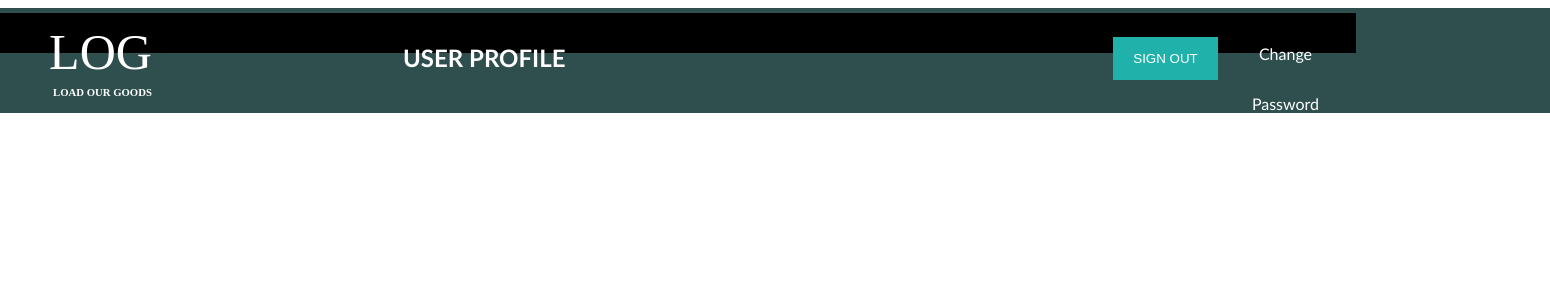
Repository: NAYAN9534/vehicle-booking-system
Page: minor/WebContent/userprofile.html
The author's editor kept a copy of each file at every save. The page is drawn from the files as they stood at one save, then again after the next save.
The browser window is 1280 px wide. The page is 1550 px wide, then 1478 px, so the pictures cover 1550 px, including what lies to the right of the window. The pictures show the whole page.

Above is the page before, as saved 2017-05-29 05:36:06.

### minor/WebContent/userprofile.html
<!doctype html>
<html>
<head>
	<title>LOG</title>
	<link rel="icon"type="image" href="Logo.jpg"/>   <!--fav icon tag-->

	<style>


   #header
  {
       position:relative;

       height:70px;
       width:1550px;
       margin-left: -8px;

  }
  #header_img
  {
       float:left;
       width: 100px;
       height: 80px;
       margin-left: 53px;


  }
  #header_img p
  {
    font-size: 50px;
    color:white;
    font-family: BankGothic Lt BT;
    margin-bottom: -20px;
    text-align: center;
    margin-top: 10px;
    margin-left: -5px;
  }
  #header_img h6
  {
   color: white;
    font-family: BankGothic Lt BT;

  }




  #mid_header h2
  {
     float:left;
     text-align:center;
     height:40px;
     line-height:50px;
     cursor:pointer;
     font-family: Calibri;
     margin-left: 250px;
    float:left;
     list-style:none;
     height:60px;
   margin-bottom: 50px;
}
  #mid_header h2
  {
     color:white;

   }



 #right_header ul
   {
   	margin-left: 500px;
   	float:left;
     list-style:none;
    height:60px;
   }
     #right_header ul li
  {
     float:left;
     font-size:16px;
     width:120px;
     text-align:center;
     height:40px;
     line-height:50px;

     cursor:pointer;
     font-family: Calibri;
}
    #right_header ul li a
  {
     color:white;
     text-decoration:none;
   }
   #right_header ul li:hover

   {
    color: lightblue;
   font-size:20px;
   font-style:bold;
    opacity: 0.5;
 filter: Alpha(opacity=50);

   }


#header
{
	padding-top: 5px;
	background-color:  #2F4F4F;
	height: 100px;
	  position:relative;
}
#right_header ul li a button
{
    background-color:   #20B2AA;
    color: white;
    padding: 14px 20px;
    margin: 8px 0;
    border: none;
    cursor: pointer;
    width: 100%;
    transition-duration: 0.4s;
}
#right_header ul li a button:hover
{
   opacity: 0.5;
 filter: Alpha(opacity=50);
}


#navigation
{
height:40px;
background:black;
margin-left: -10px;
width: 1366px;
}
 #navigation ul
  {
     margin:0px;
     padding:0px;
     list-style:none;
  }

  #navigation ul li
  {
     float:left;
     font-size:16px;
     width:223px;
     text-align:center;
     height:40px;
     line-height:40px;
     display:block;
     cursor:pointer;
}



  #navigation ul li a
  {
     color:white;
     text-decoration:none;
   }
  #navigation ul li:hover

   {
    color: black;
   background:#20B2AA;
   font-size:16px;
   font-style:italic;

    transform: rotateY(360deg);
    transition-duration: 1s;

  box-shadow: 5px 5px 6px grey;

   }

</style>


	<body>

		<div id="container">   <!--main division start-->
		<div id="header">  <!--Header division start-->
		<div id="header_img"><p>LOG</p><h6>LOAD OUR GOODS</h6>



		</div>

		<div id="mid_header">
<h2>USER PROFILE</h2>
</div>
<div id="right_header">
      <ul>
      <li><a href="signout.jsp"><button style="width:auto;">SIGN OUT</button></a></li>
      <li><a href="change_pass.jsp">Change Password</a></li>
      </ul>
</div>

  <div id="navigation">
<ul>
 <li><a href="booking_page.jsp">BOOKING</a></li>
      <li><a href="welcome.jsp">PROFILE</a></li>
      <li><a href="history.jsp">HISTORY</a></li>
</ul>
</div>
</div><!--Header division ends-->



</div><!--main division ends-->


	</body>
</head>
</html>

After the next save:
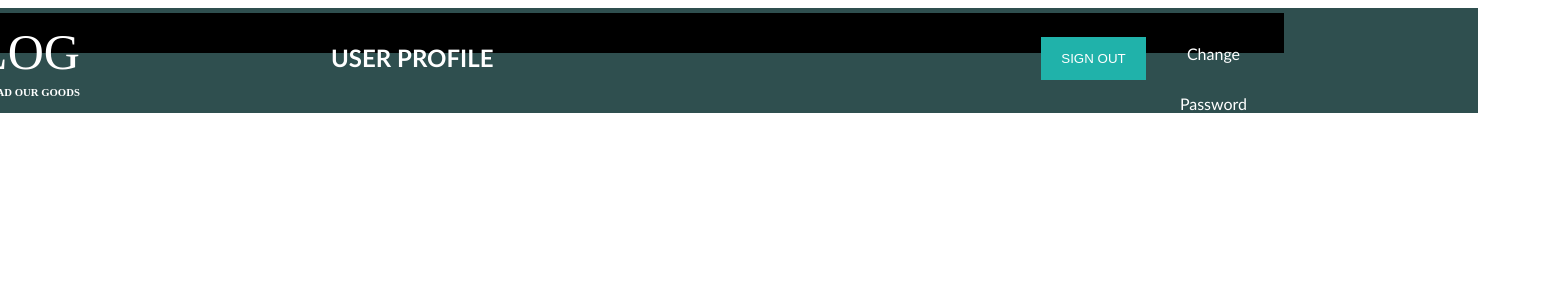
Saved 16 s later.
--- a/minor/WebContent/userprofile.html
+++ b/minor/WebContent/userprofile.html
@@ -13,7 +13,7 @@
 
        height:70px;
        width:1550px;
-       margin-left: -8px;
+       margin-left: -80px;
 
   }
   #header_img
